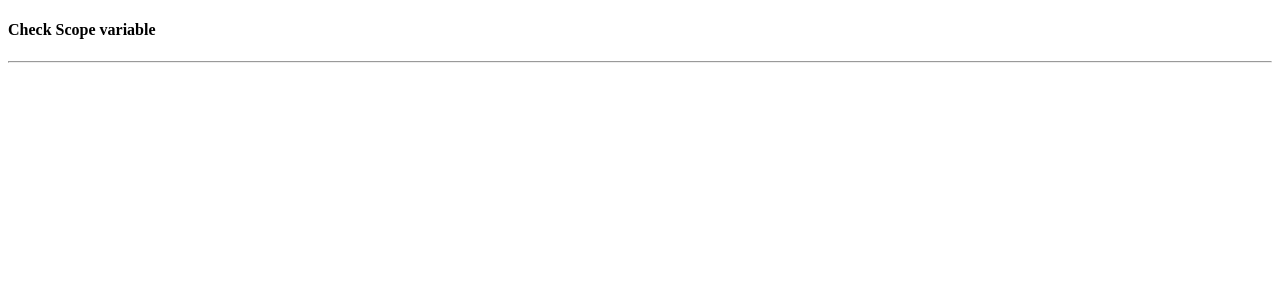
Repository: imrangthub/BlogUsingCoreJava
Page: http://localhost/StartingJsp_00/scopeVarCheck
An editor plug-in stored every save of this project. The page is shown before and after the next save, followed by the edit.
The browser window is 1280 px wide. The pictures show the whole page.
The page is served by Tomcat 9.

Above is the page before, as saved 2016-12-25 14:02:48.

After the next save:
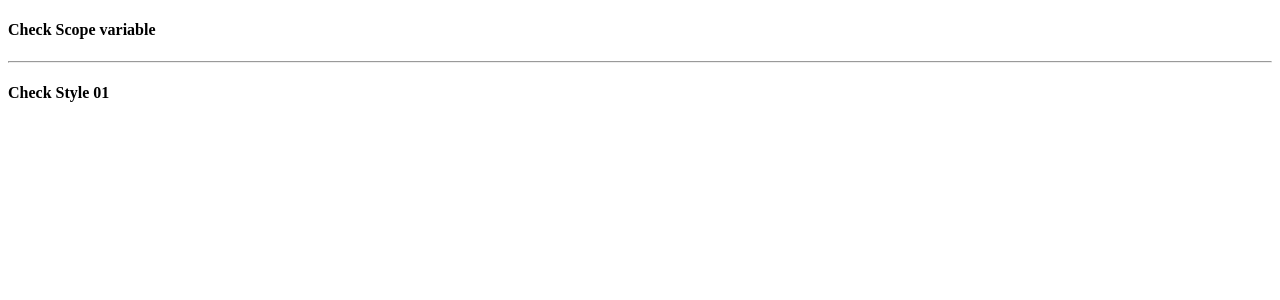
Saved 109 s later.
--- a/StartingJsp_00/WebContent/ExpressionLanguageOfJsp/scopeVarCheck1.jsp
+++ b/StartingJsp_00/WebContent/ExpressionLanguageOfJsp/scopeVarCheck1.jsp
@@ -9,6 +9,8 @@
 <body>
 <h4>Check Scope variable</h4>
 <hr/>
+<h4>Check Style 01</h4>
+<ul></ul>
 
 
 </body>
